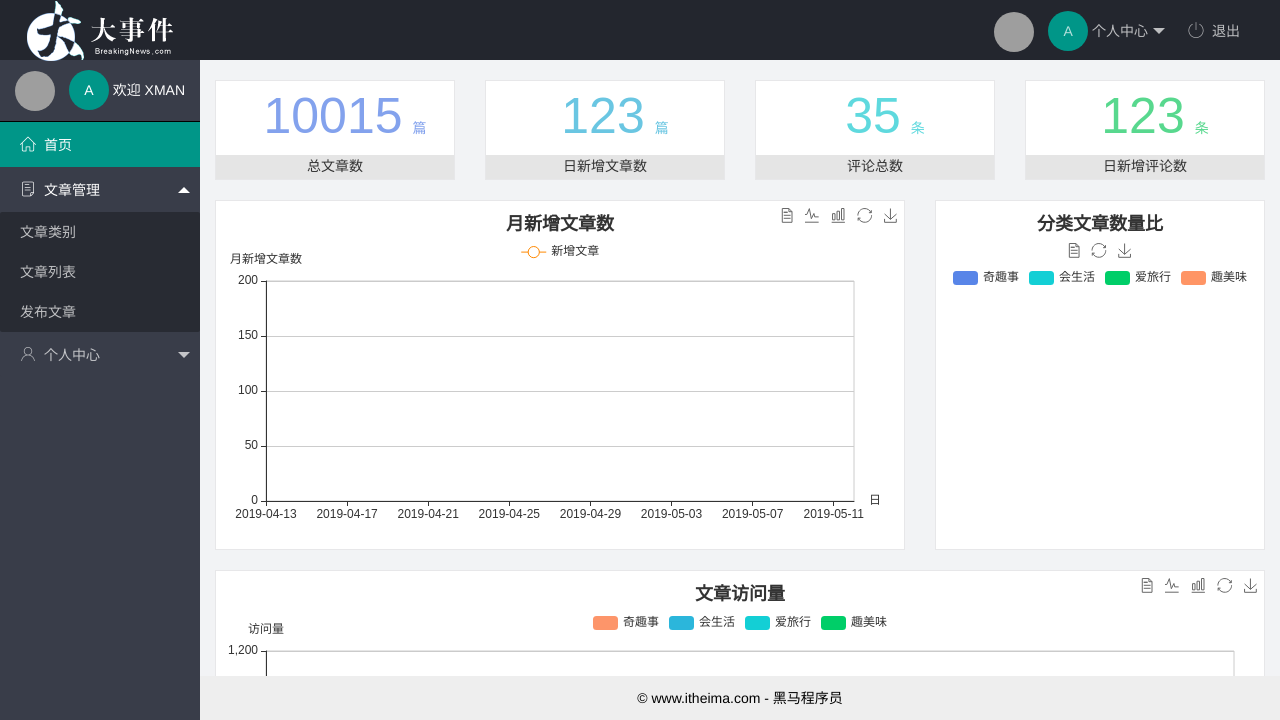
Repository: xxsleep/-
Page: home/index.html
The author's editor kept a copy of each file at every save. The page is drawn from the files as they stood at one save, then again after the next save.
The browser window is 1280 px wide. The pictures show the whole page.
Pictures or frames that could not be fetched are drawn as grey boxes. The page's requests for data from a server got no answer.

Above is the page before, as saved 2020-11-25 10:41:41.
Console error: TypeError: Cannot read properties of undefined (reading 'status')

After the next save:
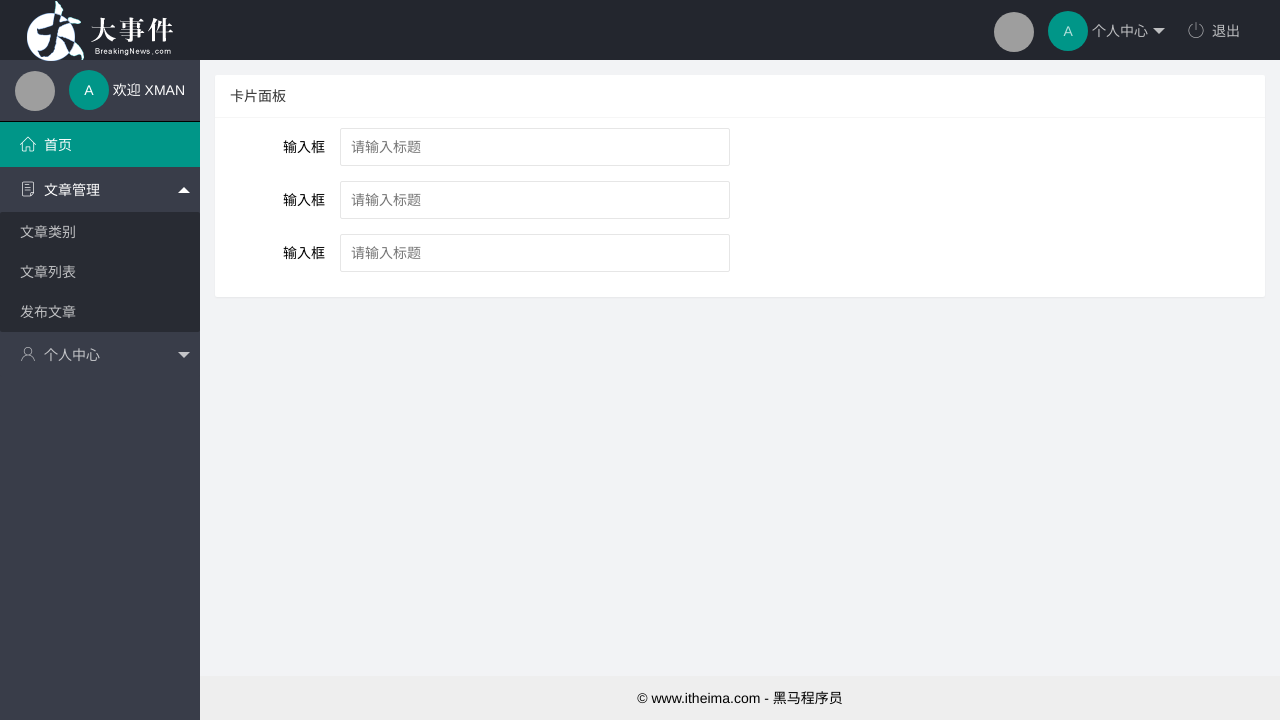
Saved 17 s later.
--- a/home/index.html
+++ b/home/index.html
@@ -70,7 +70,7 @@
 
         <div class="layui-body">
             <!-- 内容主体区域 -->
-            <iframe src="/home/dashboard.html" frameborder="0" name="layBody"></iframe>
+            <iframe src="/home/user/user.html" frameborder="0" name="layBody"></iframe>
         </div>
 
         <div class="layui-footer">
